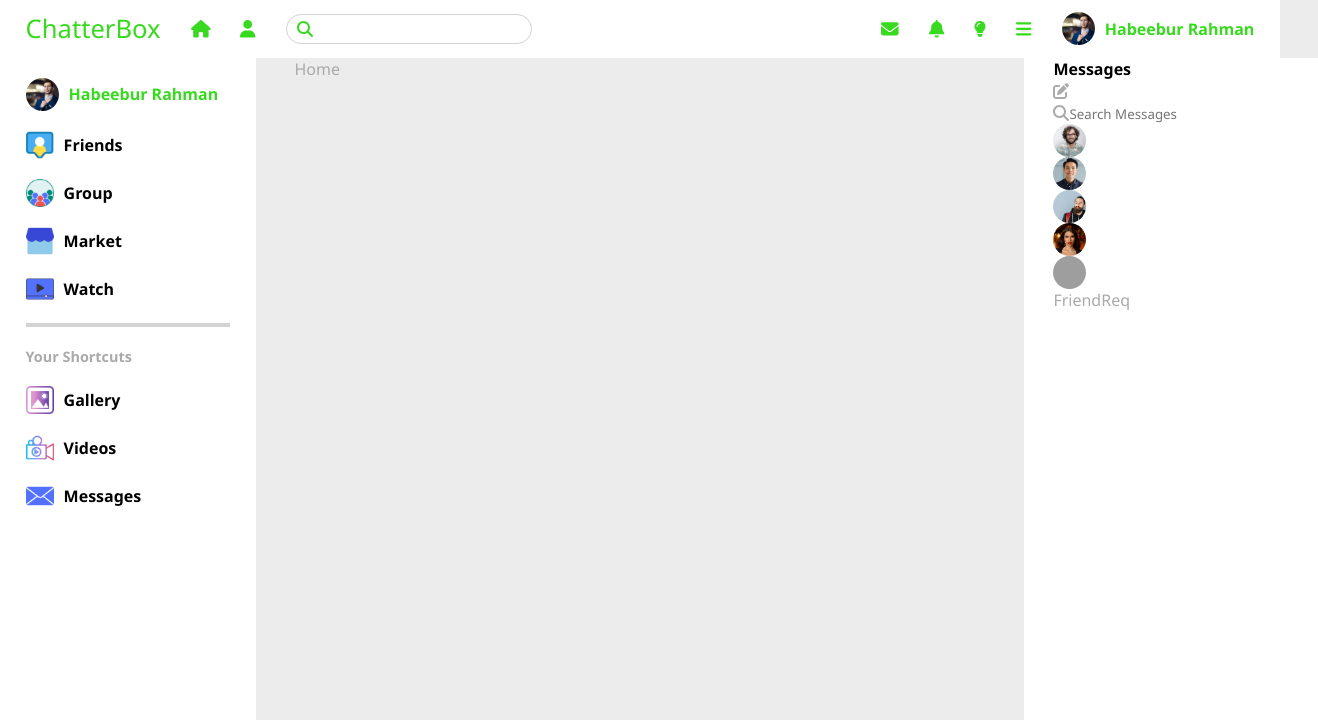
Repository: Habeebur1493/social-media-app
Page: /
The author's editor kept a copy of each file at every save. The page is drawn from the files as they stood at one save, then again after the next save.
The browser window is 1280 px wide. The page is 1318 px wide, so the pictures cover 1318 px, including what lies to the right of the window. The pictures show the whole page.
Pictures or frames that could not be fetched are drawn as grey boxes. The project was rebuilt for these pictures with package versions that can differ from the ones it lists, and the page was loaded fresh each time. Also part of the build but not shown: vite.config.js, src/pages/login/login.css, src/pages/login/Login.jsx, src/pages/signup/signup.css, src/pages/signup/Signup.jsx, src/pages/profile/Profile.jsx, src/pages/chatbox/Chatbox.jsx, src/components/message/message.css.

Above is the page before, as saved 2025-01-29 11:29:45.

After the next save:
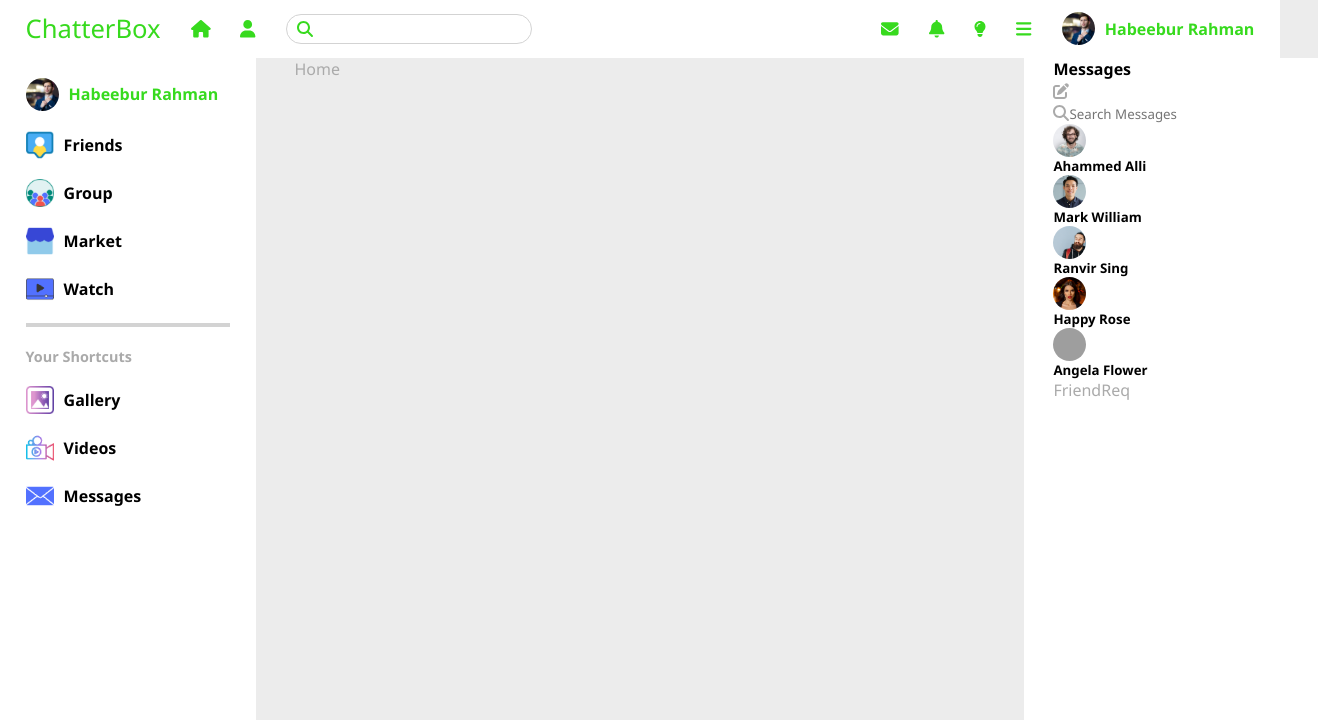
Saved 89 s later.
--- a/src/components/message/Message.jsx
+++ b/src/components/message/Message.jsx
@@ -31,6 +31,10 @@ export default function Message() {
             <div className="message" key={message.id}>
               <div className="user">
                 <img src={message.img} alt="" />
+                <div className="green-active"></div>
+              </div>
+              <div className="message-body">
+                <h5>{message.name}</h5>
               </div>
             </div>
           </Link>
